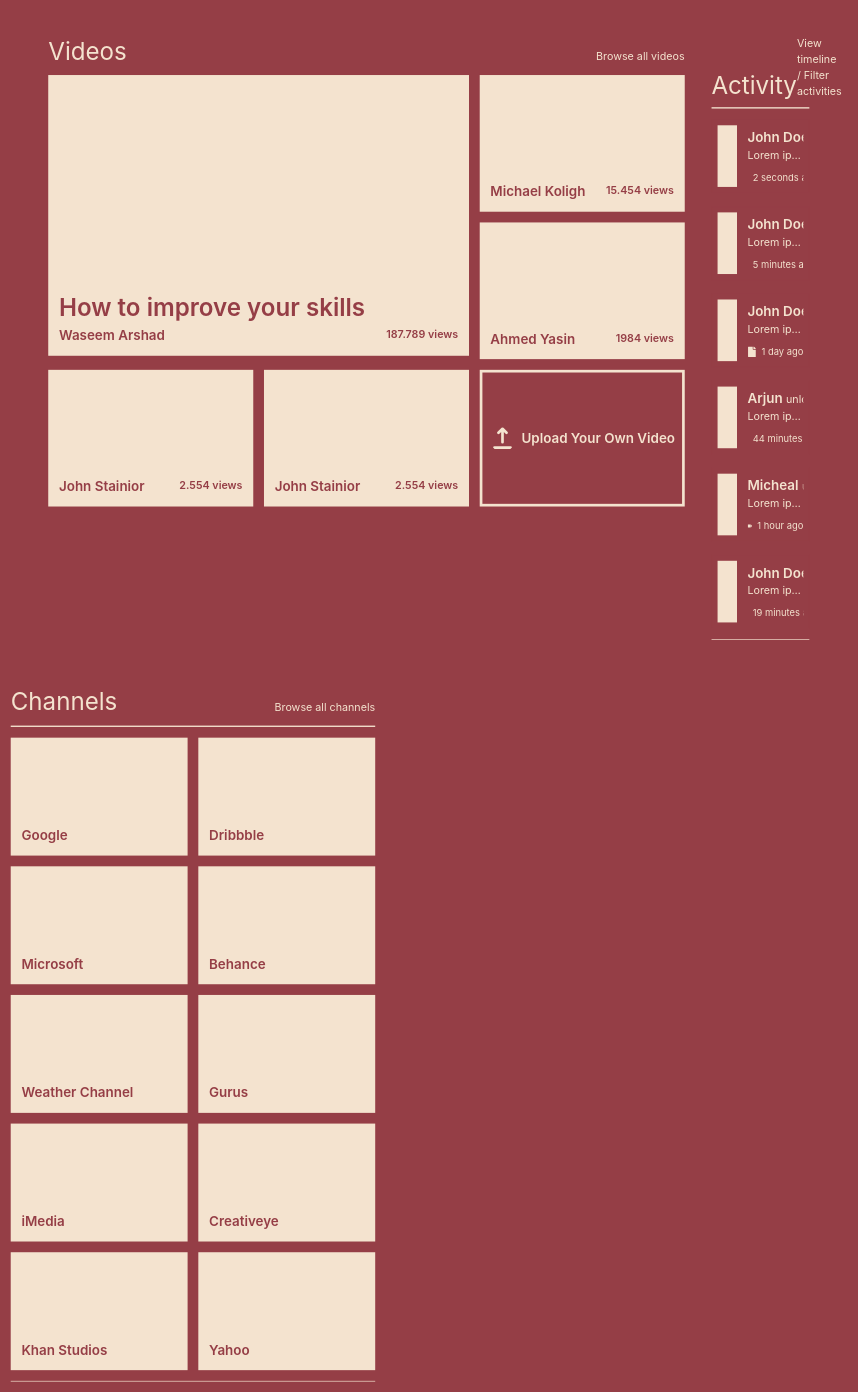
Repository: farrelmuhammad/test-salt
Page: /
An editor plug-in stored every save of this project. The page is shown before and after a run of saves, followed by the edit.
The browser window is 1280 px wide. The pictures show the whole page, at 67% of full size.
The project was rebuilt for these pictures with package versions that can differ from the ones it lists, and the page was loaded fresh each time. Also part of the build but not shown: src/App.css.

Above is the page before, as saved 2022-11-21 16:54:58.

### src/index.css
@tailwind base;
@tailwind components;
@tailwind utilities;

body {
  margin: 0;
  font-family: -apple-system, BlinkMacSystemFont, "Segoe UI", "Roboto", "Oxygen", "Ubuntu", "Cantarell", "Fira Sans", "Droid Sans", "Helvetica Neue", sans-serif;
  -webkit-font-smoothing: antialiased;
  -moz-osx-font-smoothing: grayscale;
  background-color: #953e46;
}

code {
  font-family: source-code-pro, Menlo, Monaco, Consolas, "Courier New", monospace;
}

@layer components {
  .box-text {
    @apply bg-[#F4E3CF] aspect-[3/2] text-[#953e46] p-4;
  }

  .card {
    @apply flex flex-row border border-[#953e46] p-2;
  }

  .hr-top {
    @apply h-[2px] bg-[#F4E3CF] border-none mb-4;
  }

  .hr-bottom {
    @apply h-[1px] bg-[#F4E3CF] border-none my-4;
  }
}

### src/App.js
import logo from "./logo.svg";
import "./App.css";
import Box from "./components/Box";
import Channels from "./components/Channels";
import Activity from "./components/Activity";

function App() {
  return (
    <>
      <div className="container">
        <div class="flex grid-cols-2 gap-2 m-10">
          <div className="flex-auto">
            <Box />
          </div>
          <div className="flex-auto w-32">
            <Activity />
          </div>
        </div>
      </div>
      <Channels />
    </>
  );
}

export default App;

### src/components/Box.jsx
import React from "react";
import { HiUpload } from "react-icons/hi";

const Box = () => {
  return (
    <>
      <section className="container">
        <div className="flex items-end justify-between py-4">
          <h1 className="text-4xl text-[#F4E3CF]">Videos</h1>
          <a href="" className="text-base text-[#F4E3CF]">
            Browse all videos
          </a>
        </div>

        <div class="grid grid-cols-3 gap-4">
          <div class="col-span-2 row-span-2 box-text flex flex-col justify-end">
            <h2 className="text-4xl font-semibold mb-2">How to improve your skills</h2>
            <div className="flex justify-between">
              <h4 className="text-xl font-semibold">Waseem Arshad</h4>

              <p className="text-base font-semibold">187.789 views</p>
            </div>
          </div>

          <div class="box-text flex flex-col justify-end">
            <div className="flex justify-between">
              <h4 className="text-xl font-semibold">Michael Koligh</h4>

              <p className="text-base font-semibold">15.454 views</p>
            </div>
          </div>

          <div class="box-text flex flex-col justify-end">
            <div className="flex justify-between">
              <h4 className="text-xl font-semibold">Ahmed Yasin</h4>

              <p className="text-base font-semibold">1984 views</p>
            </div>
          </div>

          <div class="box-text flex flex-col justify-end">
            <div className="flex justify-between">
              <h4 className="text-xl font-semibold">John Stainior</h4>

              <p className="text-base font-semibold">2.554 views</p>
            </div>
          </div>

          <div class="box-text flex flex-col justify-end">
            <div className="flex justify-between">
              <h4 className="text-xl font-semibold">John Stainior</h4>

              <p className="text-base font-semibold">2.554 views</p>
            </div>
          </div>

          <div class="border-4 border-[#F4E3CF] text-[#F4E3CF] flex items-center justify-center">
            <HiUpload className="rounded-full w-10 h-10 mr-2" /> <h2 className="text-xl font-semibold">Upload Your Own Video</h2>
          </div>
        </div>
      </section>
    </>
  );
};

export default Box;

### src/components/Channels.jsx
import React from "react";

const Channels = () => {
  return (
    <>
      <section className="container max-w-xl">
        <div className="flex items-end justify-between py-4">
          <h1 className="text-4xl text-[#F4E3CF]">Channels</h1>
          <a href="" className="text-base text-[#F4E3CF]">
            Browse all channels
          </a>
        </div>

        <hr className="hr-top" />

        <div class="grid grid-cols-2 gap-4 ">
          <div class="box-text text-xl font-semibold flex items-end">Google</div>
          <div class="box-text text-xl font-semibold flex items-end">Dribbble</div>
          <div class="box-text text-xl font-semibold flex items-end">Microsoft</div>
          <div class="box-text text-xl font-semibold flex items-end">Behance</div>
          <div class="box-text text-xl font-semibold flex items-end">Weather Channel</div>
          <div class="box-text text-xl font-semibold flex items-end">Gurus</div>
          <div class="box-text text-xl font-semibold flex items-end">iMedia</div>
          <div class="box-text text-xl font-semibold flex items-end">Creativeye</div>
          <div class="box-text text-xl font-semibold flex items-end">Khan Studios</div>
          <div class="box-text text-xl font-semibold flex items-end">Yahoo</div>
        </div>

        <hr className="hr-bottom" />
      </section>
    </>
  );
};

export default Channels;

### src/components/Activity.jsx
import React from "react";
import { FaComment, FaVideo, FaUnlock, FaHeart, FaFile } from "react-icons/fa";

const Activity = () => {
  return (
    <>
      <section className="container max-w-xl">
        <div className="flex items-end justify-between py-3">
          <h1 className="text-4xl text-[#F4E3CF]">Activity</h1>
          <a href="" className="text-base text-[#F4E3CF]">
            View timeline / Filter activities
          </a>
        </div>

        <hr className="hr-top" />

        <div class="flex flex-col space-y-5">
          <div class="card hover:border-[#F4E3CF]">
            <div className="w-48 bg-[#F4E3CF]"></div>

            <div class="py-1 pl-4 truncate text-[#F4E3CF]">
              <h5 class="text-xl font-semibold">
                John Doe <span className="text-base font-normal">commented</span>
              </h5>
              <p class="text-base mb-3 truncate">Lorem ipsum dolor sit amet consectetur adipisicing elit. Ratione, similique!</p>
              <p class="text-sm flex items-center">
                <FaComment className="w-4 h-4 mr-2" />2 seconds ago
              </p>
            </div>
          </div>

          <div class="card hover:border-[#F4E3CF]">
            <div className="w-48 bg-[#F4E3CF]"></div>

            <div class="py-1 pl-4 truncate text-[#F4E3CF]">
              <h5 class="text-xl font-semibold">
                John Doe <span className="text-base font-normal">added a new video</span>
              </h5>
              <p class="text-base mb-3 truncate">Lorem ipsum dolor sit amet consectetur adipisicing elit. Ratione, similique!</p>
              <p class="text-sm flex items-center">
                <FaVideo className="w-4 h-4 mr-2" />5 minutes ago
              </p>
            </div>
          </div>

          <div class="card hover:border-[#F4E3CF]">
            <div className="w-48 bg-[#F4E3CF]"></div>

            <div class="py-1 pl-4 truncate text-[#F4E3CF]">
              <h5 class="text-xl font-semibold">
                John Doe <span className="text-base font-normal">shared a document</span>
              </h5>
              <p class="text-base mb-3 truncate">Lorem ipsum dolor sit amet consectetur adipisicing elit. Ratione, similique!</p>
              <p class="text-sm flex items-center">
                <FaFile className="w-4 h-4 mr-2" />1 day ago
              </p>
            </div>
          </div>

          <div class="card hover:border-[#F4E3CF]">
            <div className="w-48 bg-[#F4E3CF]"></div>

            <div class="py-1 pl-4 truncate text-[#F4E3CF]">
              <h5 class="text-xl font-semibold">
                Arjun <span className="text-base font-normal">unlocked new badge</span>
              </h5>
              <p class="text-base mb-3 truncate">Lorem ipsum dolor sit amet consectetur adipisicing elit. Ratione, similique!</p>
              <p class="text-sm flex items-center">
                <FaUnlock className="w-4 h-4 mr-2" />
                44 minutes ago
              </p>
            </div>
          </div>

          <div class="card hover:border-[#F4E3CF]">
            <div className="w-48 bg-[#F4E3CF]"></div>

            <div class="py-1 pl-4 truncate text-[#F4E3CF]">
              <h5 class="text-xl font-semibold">
                Micheal <span className="text-base font-normal">uploaded a new video</span>
              </h5>
              <p class="text-base mb-3 truncate">Lorem ipsum dolor sit amet consectetur adipisicing elit. Ratione, similique!</p>
              <p class="text-sm flex items-center">
                <FaVideo className="w-4 h-4 mr-2" />1 hour ago
              </p>
            </div>
          </div>

          <div class="card hover:border-[#F4E3CF]">
            <div className="w-48 bg-[#F4E3CF]"></div>

            <div class="py-1 pl-4 truncate text-[#F4E3CF]">
              <h5 class="text-xl font-semibold">
                John Doe <span className="text-base font-normal">liked a video</span>
              </h5>
              <p class="text-base mb-3 truncate">Lorem ipsum dolor sit amet consectetur adipisicing elit. Ratione, similique!</p>
              <p class="text-sm flex items-center">
                <FaHeart className="w-4 h-4 mr-2" />
                19 minutes ago
              </p>
            </div>
          </div>
        </div>

        <hr className="hr-bottom" />
      </section>
    </>
  );
};

export default Activity;

### tailwind.config.js
/** @type {import('tailwindcss').Config} */
module.exports = {
  content: ["./src/**/*.{js,jsx,ts,tsx}"],
  theme: {
    container: {
      padding: "16px",
    },
    extend: {
      screens: {
        sm: "640px",
        md: "768px",
        lg: "1024px",
        xl: "1280px",
        "2xl": "1320px",
      },
    },
  },
  plugins: [],
};

Loaded but not shown: public/index.html (common file); src/index.js (common file); src/reportWebVitals.js (common file)

After the next 2 saves:
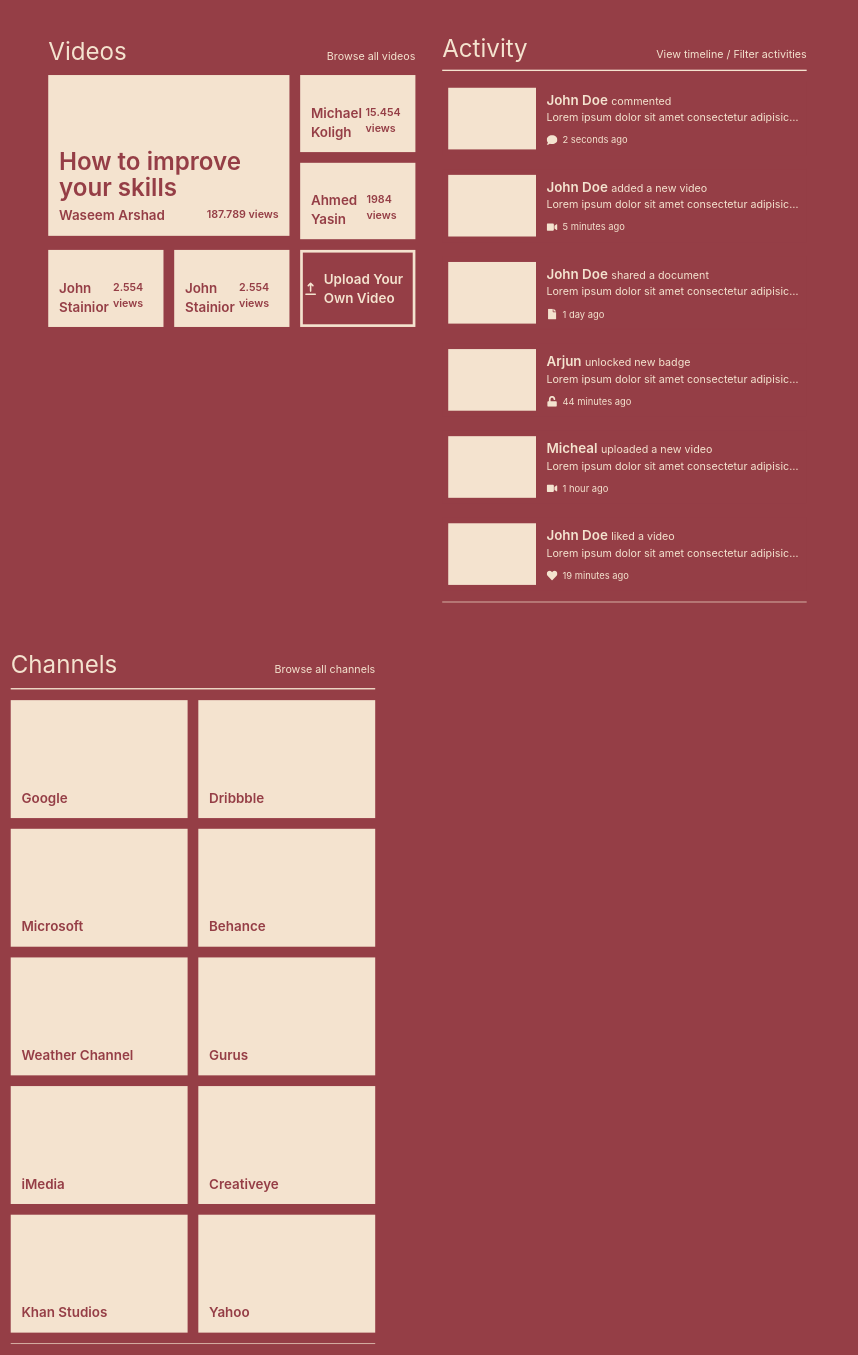
The 2 saves are shown as one change because they came seconds apart.
The last was saved 12 s later.
--- a/src/App.js
+++ b/src/App.js
@@ -9,7 +9,7 @@ function App() {
     <>
       <div className="container">
         <div class="flex grid-cols-2 gap-2 m-10">
-          <div className="flex-auto">
+          <div className="flex-auto w-32">
             <Box />
           </div>
           <div className="flex-auto w-32">
